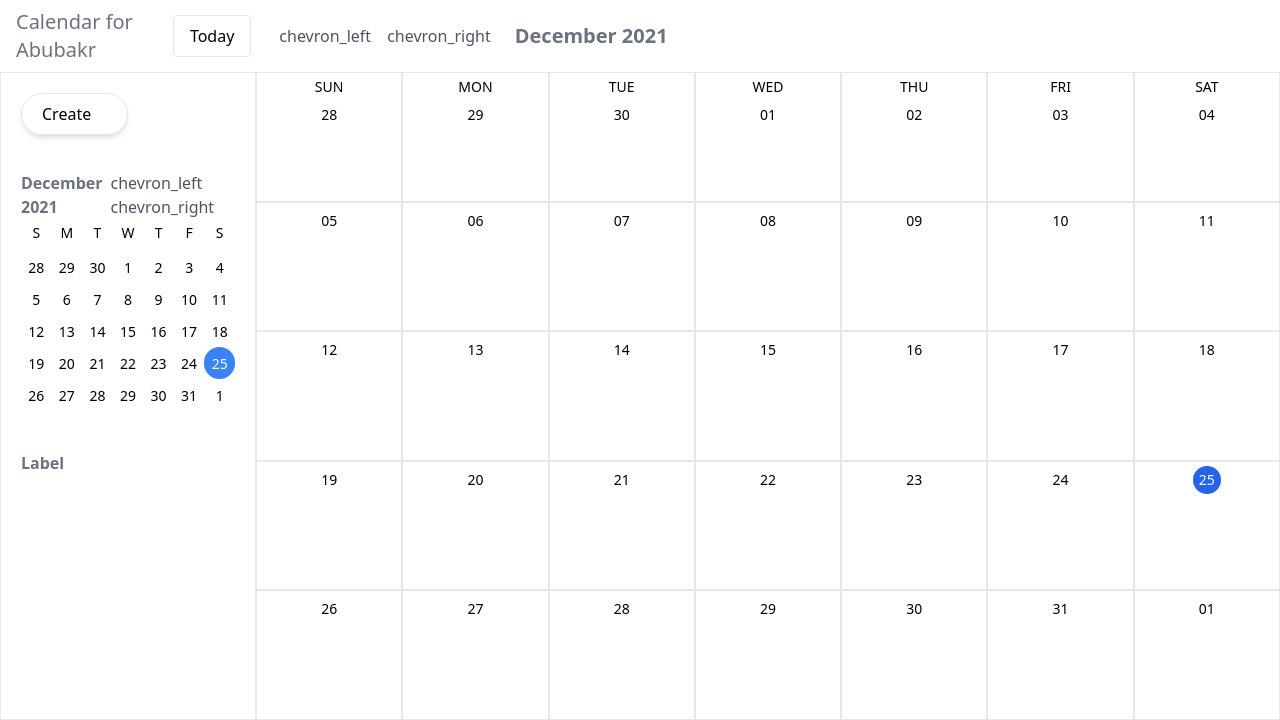
Repository: om1ars/react-calendar
Page: /
An editor plug-in stored every save of this project. The page is shown before and after a run of saves, followed by the edit.
The browser window is 1280 px wide. The pictures show the whole page.
The project was rebuilt for these pictures with package versions that can differ from the ones it lists, and the page was loaded fresh each time. Also part of the build but not shown: craco.config.js, src/App.css, src/components/EventModal.jsx.

Above is the page before, as saved 2021-12-25 16:23:27.

### src/context/ContextWrapper.jsx
import React, {
  useState,
  useEffect,
  useReducer,
  useMemo,
} from "react";
import GlobalContext from "./GlobalContext";
import dayjs from "dayjs";

function savedEventsReducer(state, { type, payload }) {
  switch (type) {
    case "push":
      return [...state, payload];
    case "update":
      return state.map((evt) =>
        evt.id === payload.id ? payload : evt
      );
    case "delete":
      return state.filter((evt) => evt.id !== payload.id);
    default:
      throw new Error();
  }
}
function initEvents() {
  const storageEvents = localStorage.getItem("savedEvents");
  const parsedEvents = storageEvents ? JSON.parse(storageEvents) : [];
  return parsedEvents;
}

export default function ContextWrapper(props) {
  const [monthIndex, setMonthIndex] = useState(dayjs().month());
  const [smallCalendarMonth, setSmallCalendarMonth] = useState(null);
  const [daySelected, setDaySelected] = useState(dayjs());
  const [showEventModal, setShowEventModal] = useState(false);
  const [selectedEvent, setSelectedEvent] = useState(null);
  const [labels, setLabels] = useState([]);
  const [savedEvents, dispatchCalEvent] = useReducer(
    savedEventsReducer,
    [],
    initEvents
  );

  const filteredEvents = useMemo(() => {
    return savedEvents.filter((evt) =>
      labels
        .filter((lbl) => lbl.checked)
        .map((lbl) => lbl.label)
        .includes(evt.label)
    );
  }, [savedEvents, labels]);

  useEffect(() => {
    localStorage.setItem("savedEvents", JSON.stringify(savedEvents));
  }, [savedEvents]);

  useEffect(() => {
    setLabels((prevLabels) => {
      return [...new Set(savedEvents.map((evt) => evt.label))].map(
        (label) => {
          const currentLabel = prevLabels.find(
            (lbl) => lbl.label === label
          );
          return {
            label,
            checked: currentLabel ? currentLabel.checked : true,
          };
        }
      );
    });
  }, [savedEvents]);

  useEffect(() => {
    if (smallCalendarMonth !== null) {
      setMonthIndex(smallCalendarMonth);
    }
  }, [smallCalendarMonth]);

  useEffect(() => {
    if (!showEventModal) {
      setSelectedEvent(null);
    }
  }, [showEventModal]);

  function updateLabel(label) {
    setLabels(
      labels.map((lbl) => (lbl.label === label.label ? label : lbl))
    );
  }

  return (
    <GlobalContext.Provider
      value={{
        monthIndex,
        setMonthIndex,
        smallCalendarMonth,
        setSmallCalendarMonth,
        daySelected,
        setDaySelected,
        showEventModal,
        setShowEventModal,
        dispatchCalEvent,
        selectedEvent,
        setSelectedEvent,
        savedEvents,
        setLabels,
        labels,
        updateLabel,
        filteredEvents,
      }}
    >
      {props.children}
    </GlobalContext.Provider>
  );
}

### src/components/CalendarHeader.tsx
import dayjs from "dayjs";
import React, { useContext } from "react";
import GlobalContext from "../context/GlobalContext";
import ArrowBackIosIcon from '@mui/icons-material/ArrowBackIos';
export default function CalendarHeader() {
  const { monthIndex, setMonthIndex } = useContext(GlobalContext);
  function handlePrevMonth() {
    setMonthIndex(monthIndex - 1);
  }
  function handleNextMonth() {
    setMonthIndex(monthIndex + 1);
  }
  function handleReset() {
    setMonthIndex(
      monthIndex === dayjs().month()
        ? monthIndex + Math.random()
        : dayjs().month()
    );
  }
  return (
    <header className="px-4 py-2 flex items-center">
      <h1 className="mr-10 text-xl text-gray-500 fond-bold">
        Calendar for

        <br />
         Abubakr
      </h1>
      <button
        onClick={handleReset}
        className="border rounded py-2 px-4 mr-5"
      >
        Today
      </button>
      <button onClick={handlePrevMonth}>
        <span className="material-icons-outlined cursor-pointer text-gray-600 mx-2">
          chevron_left
        </span>
      </button>
      <button onClick={handleNextMonth}>
        <span className="material-icons-outlined cursor-pointer text-gray-600 mx-2">
          chevron_right
        </span>
      </button>
      <h2 className="ml-4 text-xl text-gray-500 font-bold">
        {dayjs(new Date(dayjs().year(), monthIndex)).format(
          "MMMM YYYY"
        )}
      </h2>
    </header>
  );
}

### src/components/Month.tsx
import React from "react";
import Day from "./Day";
export default function Month({ month }:any) {
  return (
    <div className="flex-1 grid grid-cols-7 grid-rows-5">
      {month.map((row:any, i:any) => (
        <React.Fragment key={i}>
          {row.map((day:any, idx:any) => (
            <Day day={day} key={idx} rowIdx={i} />
          ))}
        </React.Fragment>
      ))}
    </div>
  );
}

### src/components/CreateEventButton.tsx
import React, { useContext } from "react";
import GlobalContext from "../context/GlobalContext";
export default function CreateEventButton() {
  const { setShowEventModal } = useContext(GlobalContext);
  return (
    <button
      onClick={() => setShowEventModal()}
      className="border p-2 rounded-full flex items-center shadow-md hover:shadow-2xl"
    >
      <span className="pl-3 pr-7"> Create</span>
    </button>
  );
}

### src/components/SmallCalendar.tsx
import dayjs from "dayjs";
import React, { useContext, useEffect, useState } from "react";
import GlobalContext from "../context/GlobalContext";
import { getMonth } from "../util";

export default function SmallCalendar() {
  const [currentMonthIdx, setCurrentMonthIdx] = useState(
    dayjs().month()
  );
  const [currentMonth, setCurrentMonth] = useState(getMonth());
  useEffect(() => {
    setCurrentMonth(getMonth(currentMonthIdx));
  }, [currentMonthIdx]);

  const {
    monthIndex,
    setSmallCalendarMonth,
    setDaySelected,
    daySelected,
  }:any = useContext(GlobalContext);

  useEffect(() => {
    setCurrentMonthIdx(monthIndex);
  }, [monthIndex]);

  function handlePrevMonth() {
    setCurrentMonthIdx(currentMonthIdx - 1);
  }
  function handleNextMonth() {
    setCurrentMonthIdx(currentMonthIdx + 1);
  }
  function getDayClass(day:any) {
    const format = "DD-MM-YY";
    const nowDay = dayjs().format(format);
    const currDay = day.format(format);
    const slcDay = daySelected && daySelected.format(format);
    if (nowDay === currDay) {
      return "bg-blue-500 rounded-full text-white";
    } else if (currDay === slcDay) {
      return "bg-blue-100 rounded-full text-blue-600 font-bold";
    } else {
      return "";
    }
  }
  return (
    <div className="mt-9">
      <header className="flex justify-between">
        <p className="text-gray-500 font-bold">
          {dayjs(new Date(dayjs().year(), currentMonthIdx)).format(
            "MMMM YYYY"
          )}
        </p>
        <div>
          <button onClick={handlePrevMonth}>
            <span className="material-icons-outlined cursor-pointer text-gray-600 mx-2">
              chevron_left
            </span>
          </button>
          <button onClick={handleNextMonth}>
            <span className="material-icons-outlined cursor-pointer text-gray-600 mx-2">
              chevron_right
            </span>
          </button>
        </div>
      </header>
      <div className="grid grid-cols-7 grid-rows-6">
        {currentMonth[0].map((day:any, i:any) => (
          <span key={i} className="text-sm py-1 text-center">
            {day.format("dd").charAt(0)}
          </span>
        ))}
        {currentMonth.map((row:any, i:any) => (
          <React.Fragment key={i}>
            {row.map((day:any, idx:any) => (
              <button
                key={idx}
                onClick={() => {
                  setSmallCalendarMonth(currentMonthIdx);
                  setDaySelected(day);
                }}
                className={`py-1 w-full ${getDayClass(day)}`}
              >
                <span className="text-sm">{day.format("D")}</span>
              </button>
            ))}
          </React.Fragment>
        ))}
      </div>
    </div>
  );
}

### src/components/Labels.tsx
import React, { useContext } from "react";
import GlobalContext from "../context/GlobalContext";

export default function Labels() {
  const { labels, updateLabel }:any = useContext(GlobalContext);
  return (
    <React.Fragment>
      <p className="text-gray-500 font-bold mt-10">Label</p>
      {labels.map(({ label: lbl, checked }:any, idx:any) => (
        <label key={idx} className="items-center mt-3 block">
          <input
            type="checkbox"
            checked={checked}
            onChange={() =>
              updateLabel({ label: lbl, checked: !checked })
            }
            className={`form-checkbox h-5 w-5 text-${lbl}-400 rounded focus:ring-0 cursor-pointer`}
          />
          <span className="ml-2 text-gray-700 capitalize">{lbl}</span>
        </label>
      ))}
    </React.Fragment>
  );
}

### src/components/Day.jsx
import dayjs from "dayjs";
import React, { useContext, useState, useEffect } from "react";
import GlobalContext from "../context/GlobalContext";

export default function Day({ day, rowIdx }) {
  const [dayEvents, setDayEvents] = useState([]);
  const {
    setDaySelected,
    setShowEventModal,
    filteredEvents,
    setSelectedEvent,
  } = useContext(GlobalContext);

  useEffect(() => {
    const events = filteredEvents.filter(
      (evt) =>
        dayjs(evt.day).format("DD-MM-YY") === day.format("DD-MM-YY")
    );
    setDayEvents(events);
  }, [filteredEvents, day]);

  function getCurrentDayClass() {
    return day.format("DD-MM-YY") === dayjs().format("DD-MM-YY")
      ? "bg-blue-600 text-white rounded-full w-7"
      : "";
  }
  return (
    <div className="border border-gray-200 flex flex-col">
      <header className="flex flex-col items-center">
        {rowIdx === 0 && (
          <p className="text-sm mt-1">
            {day.format("ddd").toUpperCase()}
          </p>
        )}
        <p
          className={`text-sm p-1 my-1 text-center  ${getCurrentDayClass()}`}
        >
          {day.format("DD")}
        </p>
      </header>
      <div
        className="flex-1 cursor-pointer"
        onClick={() => {
          setDaySelected(day);
          setShowEventModal(true);
        }}
      >
        {dayEvents.map((evt, idx) => (
          <div
            key={idx}
            onClick={() => setSelectedEvent(evt)}
            className={`bg-${evt.label}-200 p-1 mr-3 text-gray-600 text-sm rounded mb-1 truncate`}
          >
            {evt.title}
          </div>
        ))}
      </div>
    </div>
  );
}

### tailwind.config.js
module.exports = {
  content: [
    "./src/**/*.{js,jsx,ts,tsx}",
  ],
  theme: {
    extend: {},
  },
  plugins: [require('@tailwindcss/forms')],
}

Loaded but not shown: public/index.html (common file); src/index.tsx (common file); src/index.css (common file); src/App.tsx (common file); src/reportWebVitals.ts (common file); src/util.js (common file); src/components/Sidebar.tsx (common file); src/context/GlobalContext.jsx (common file)

After the next 7 saves:
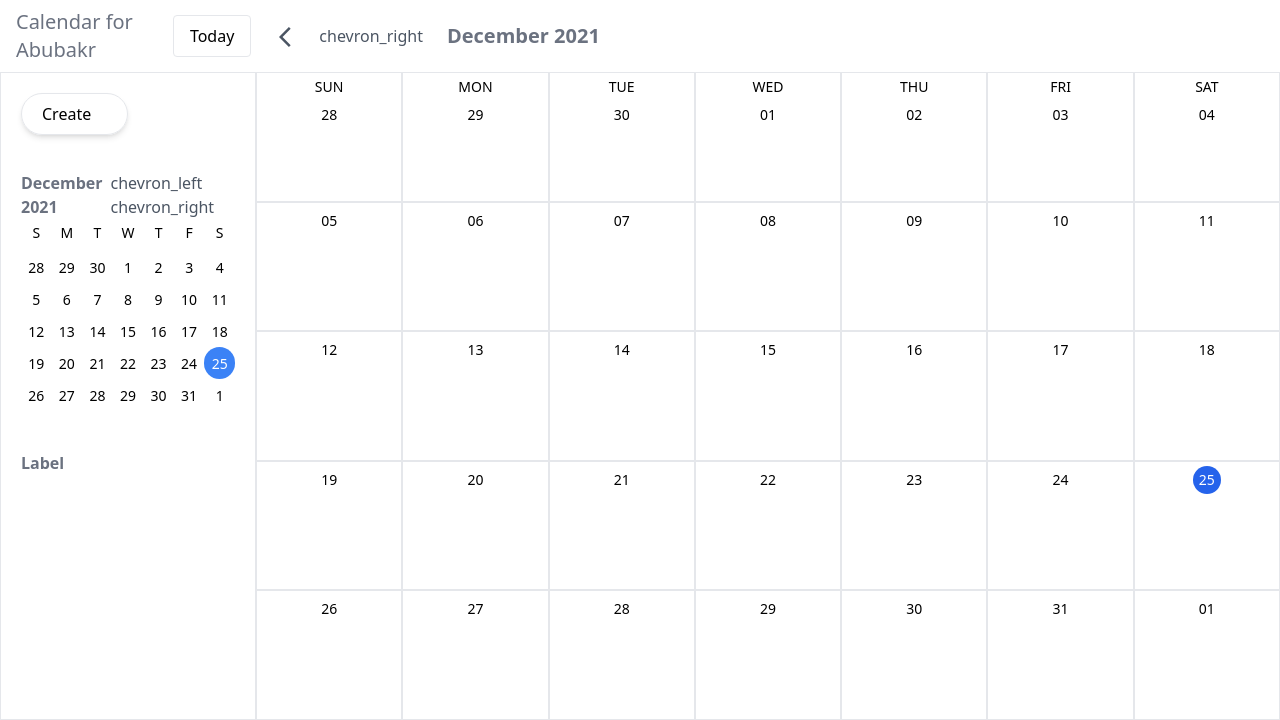
The 7 saves are shown as one change because 1 did not build or start and some came seconds apart.
The last was saved 18 s later.
--- a/src/components/CalendarHeader.tsx
+++ b/src/components/CalendarHeader.tsx
@@ -1,7 +1,7 @@
 import dayjs from "dayjs";
 import React, { useContext } from "react";
 import GlobalContext from "../context/GlobalContext";
-import ArrowBackIosIcon from '@mui/icons-material/ArrowBackIos';
+import ArrowBackIosIcon from "@mui/icons-material/ArrowBackIos";
 export default function CalendarHeader() {
   const { monthIndex, setMonthIndex } = useContext(GlobalContext);
   function handlePrevMonth() {
@@ -21,19 +21,15 @@ export default function CalendarHeader() {
     <header className="px-4 py-2 flex items-center">
       <h1 className="mr-10 text-xl text-gray-500 fond-bold">
         Calendar for
-
         <br />
-         Abubakr
+        Abubakr
       </h1>
-      <button
-        onClick={handleReset}
-        className="border rounded py-2 px-4 mr-5"
-      >
+      <button onClick={handleReset} className="border rounded py-2 px-4 mr-5">
         Today
       </button>
       <button onClick={handlePrevMonth}>
         <span className="material-icons-outlined cursor-pointer text-gray-600 mx-2">
-          chevron_left
+          <ArrowBackIosIcon />
         </span>
       </button>
       <button onClick={handleNextMonth}>
@@ -42,9 +38,7 @@ export default function CalendarHeader() {
         </span>
       </button>
       <h2 className="ml-4 text-xl text-gray-500 font-bold">
-        {dayjs(new Date(dayjs().year(), monthIndex)).format(
-          "MMMM YYYY"
-        )}
+        {dayjs(new Date(dayjs().year(), monthIndex)).format("MMMM YYYY")}
       </h2>
     </header>
   );
